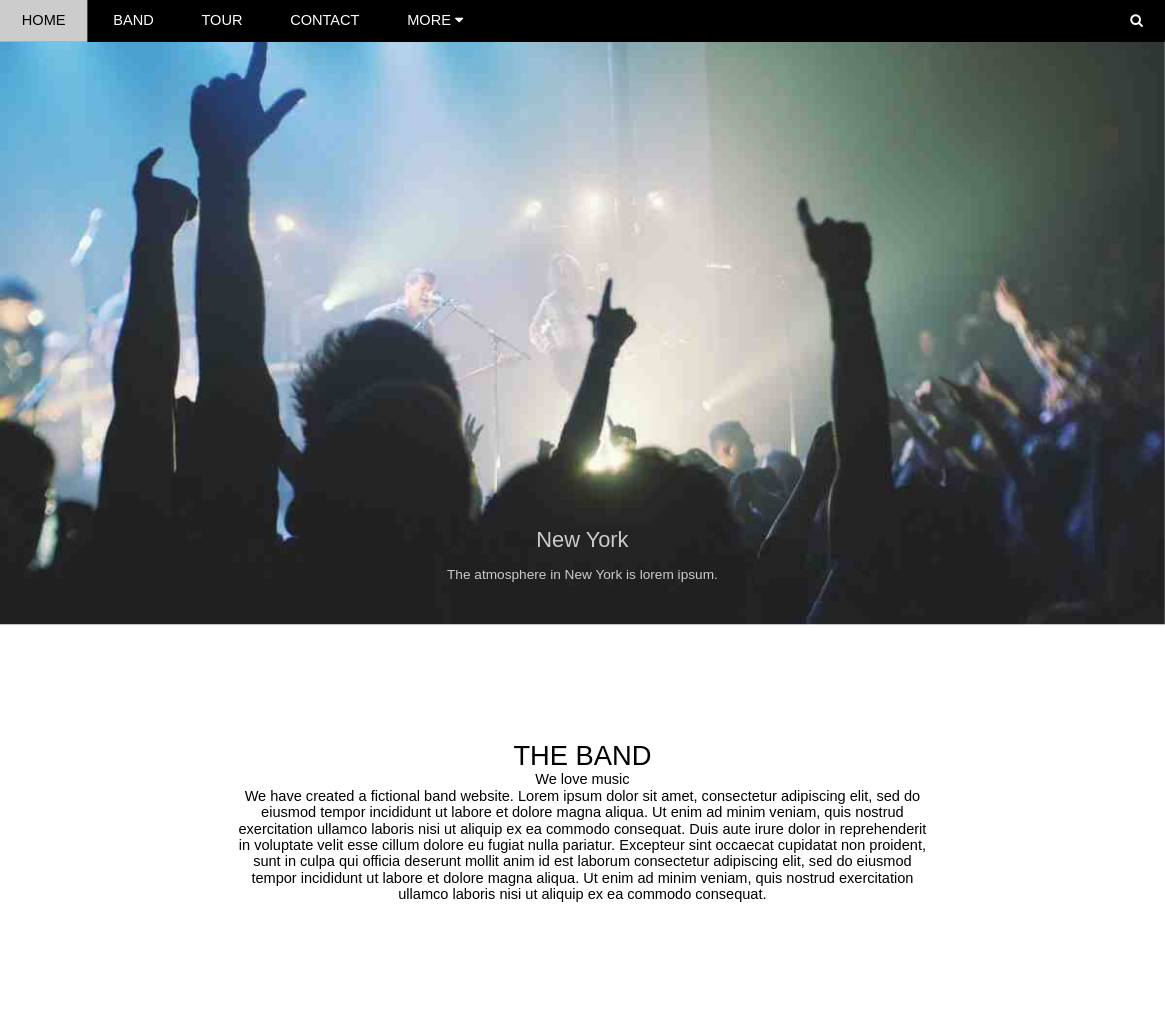
Repository: nguyenhoang2002062929/band
Page: index.html
These files come from the project's save history. The page is drawn as it stood at one moment and after the next save; the edit follows.
The browser window is 1280 px wide. The pictures show the whole page, at 91% of full size.

Above is the page before, as saved 2023-06-04 14:50:04.

After the next save:
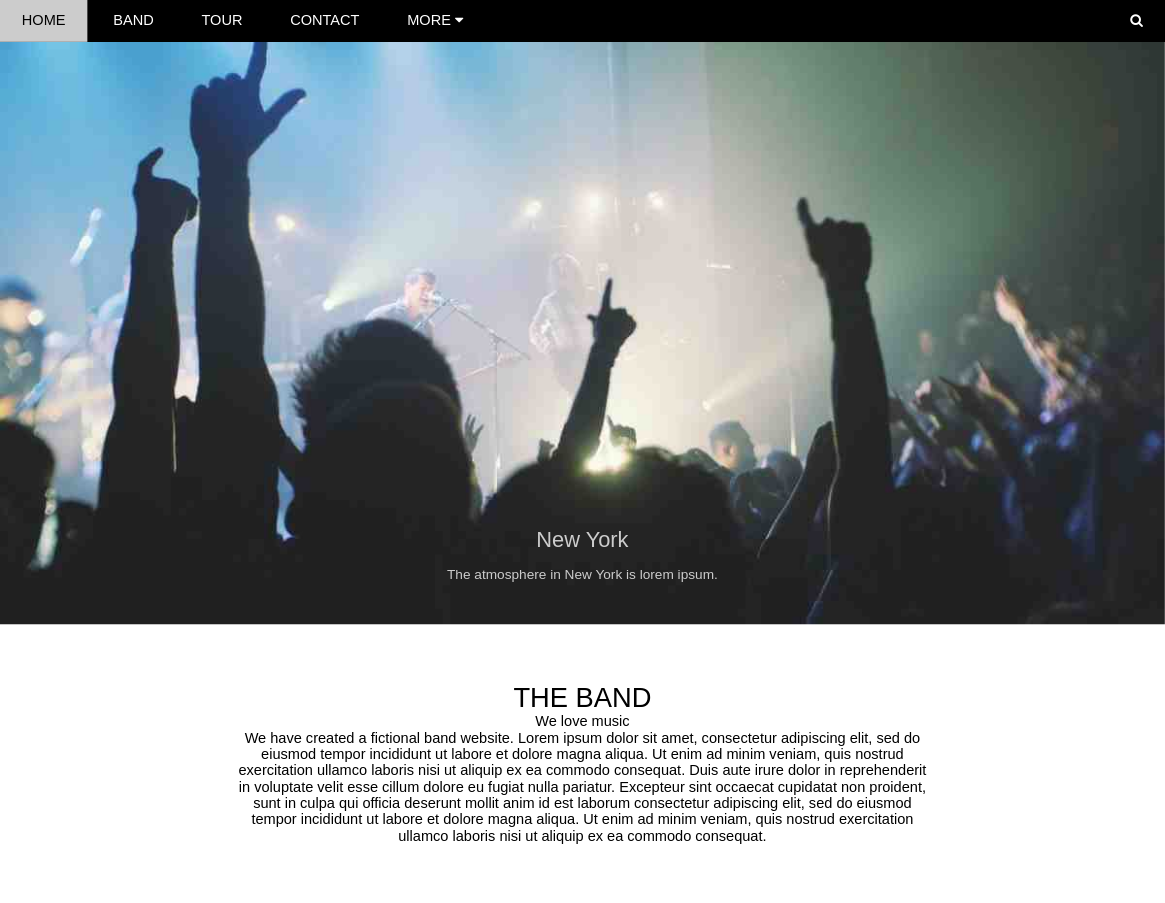
Saved 80 s later.
--- a/assets/css/style.css
+++ b/assets/css/style.css
@@ -95,9 +95,7 @@ cursor: pointer;
     font-size: 15px;
     margin: 15px 0;
 }
-.about{
-    padding: 64px 16px;
-}
+
 .content-section{
     width: 768px;
     text-align: center;
